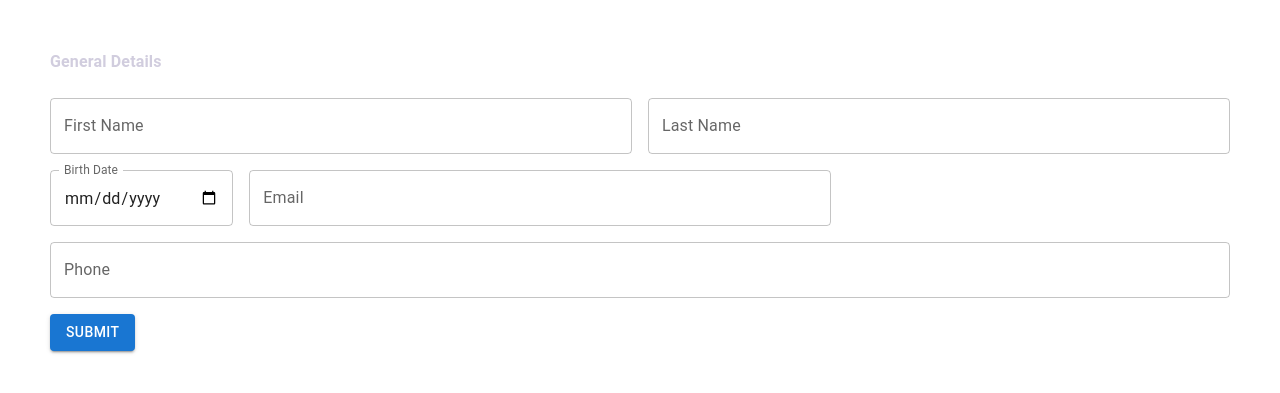
Repository: lenx0/front-client-manager
Page: /
An editor plug-in stored every save of this project. The page is shown before and after the next save, followed by the edit.
The browser window is 1280 px wide. The pictures show the whole page.
The project was rebuilt for these pictures with package versions that can differ from the ones it lists, and the page was loaded fresh each time. Also part of the build but not shown: vite.config.js, src/App.css.

Above is the page before, as saved 2024-06-25 11:31:18.

After the next save:
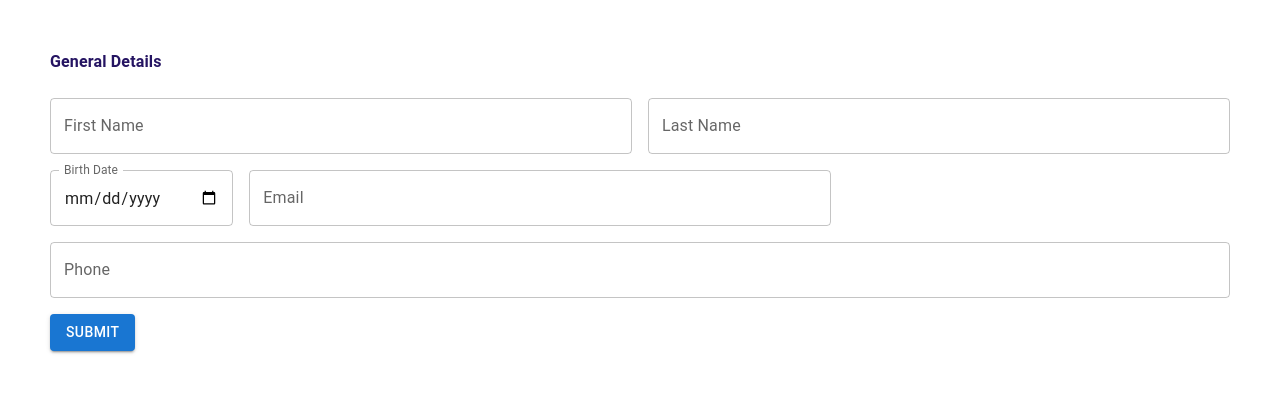
Saved 5 s later.
--- a/src/components/UserForm.jsx
+++ b/src/components/UserForm.jsx
@@ -19,7 +19,7 @@ const UserForm = () => {
 
   return (
     <Grid>
-      <Typography fontWeight={700} pb={3} color="#17055833">
+      <Typography fontWeight={700} pb={3} color="#170558f0">
         General Details
       </Typography>
     <form onSubmit={handleSubmit(onSubmit)}>
